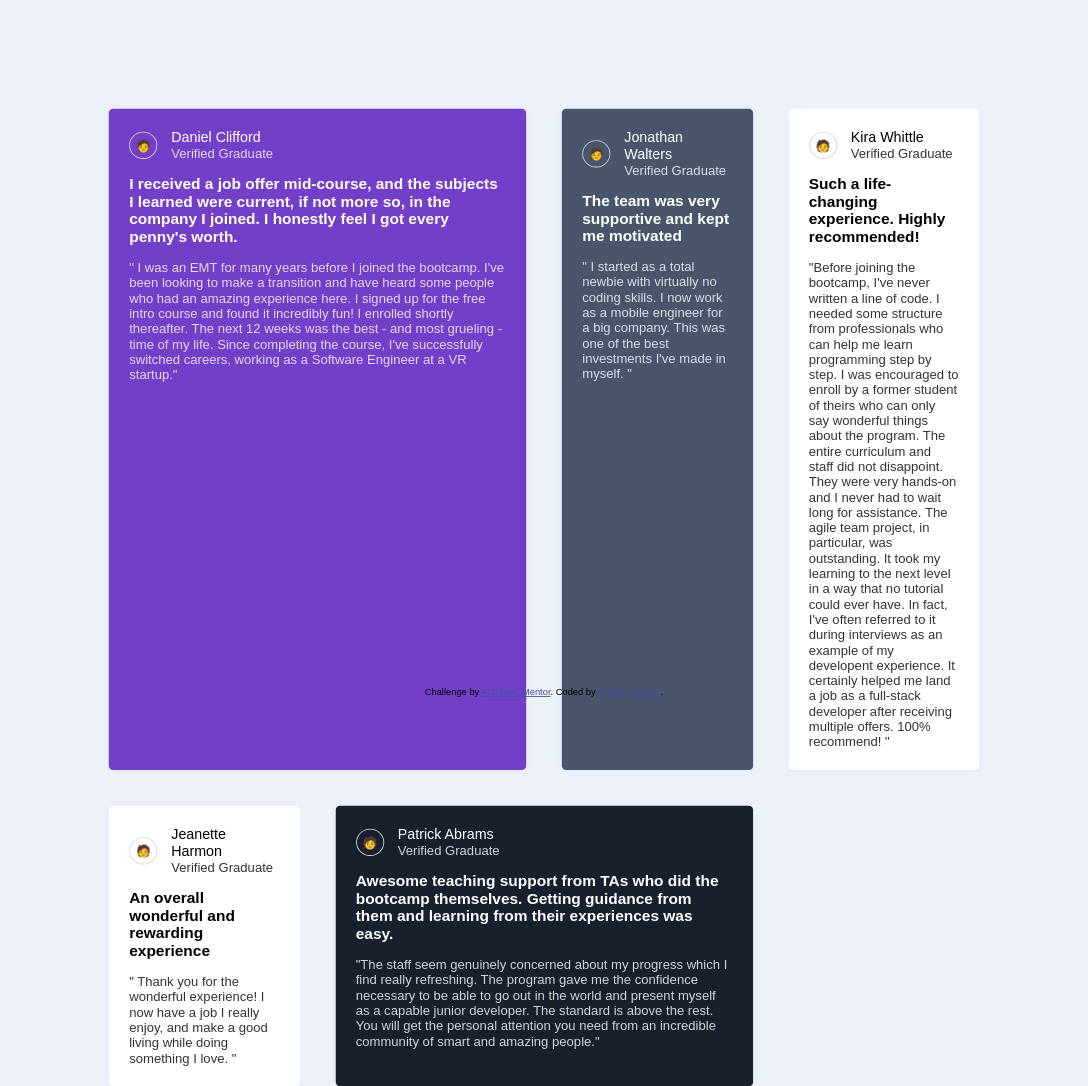
Repository: badhon252/Testimonials-Grid-Section
Page: index.html
An editor plug-in stored every save of this project. The page is shown before and after the next save, followed by the edit.
The browser window is 1280 px wide. The pictures show the whole page, at 85% of full size.

Above is the page before, as saved 2023-02-18 20:45:41.

After the next save:
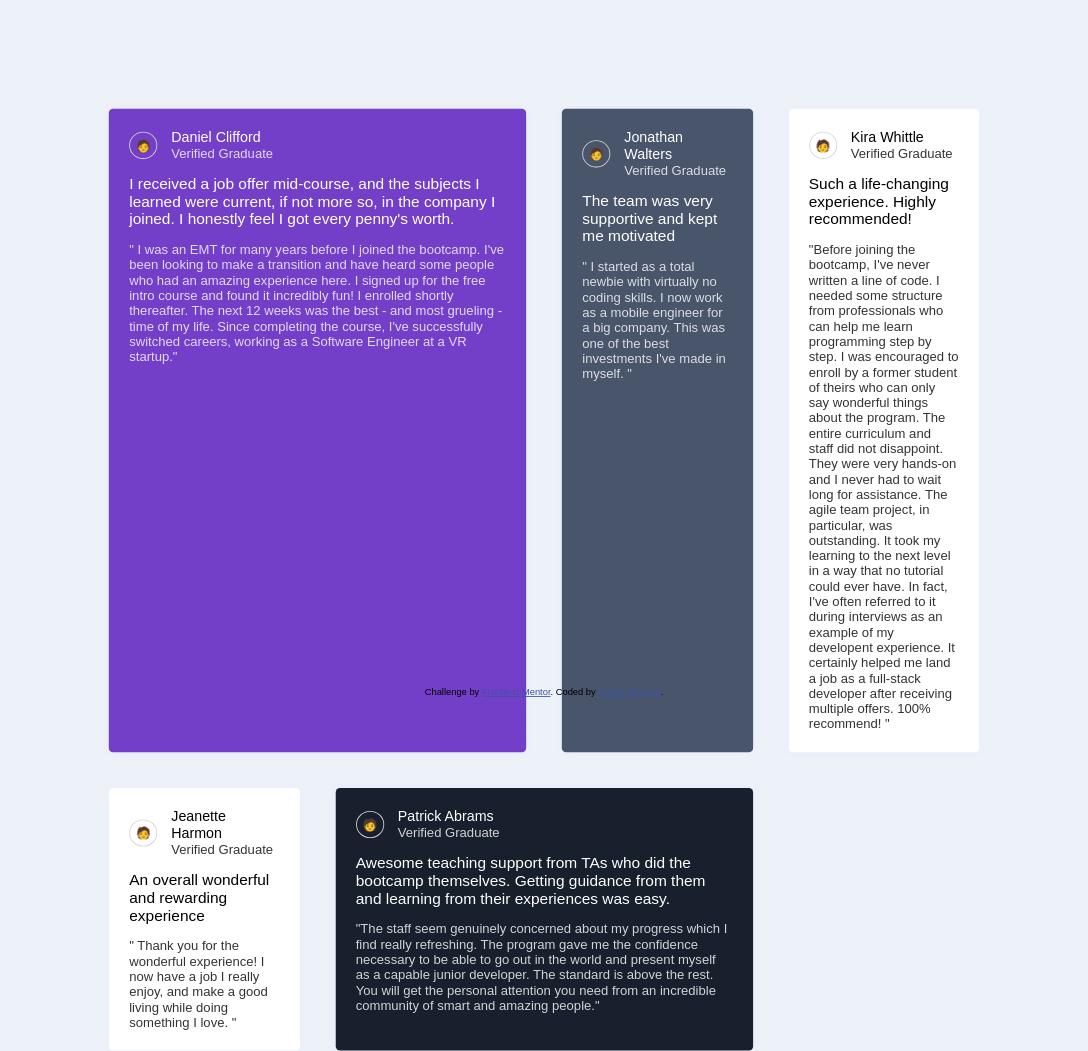
Saved 32 s later.
--- a/css/style.css
+++ b/css/style.css
@@ -18,7 +18,7 @@
 
 h3 {
     font-size: 1.3em;
-    font-weight: 600;
+    font-weight: 500;
     margin-bottom: 1rem;
 }
 

After the save that followed:
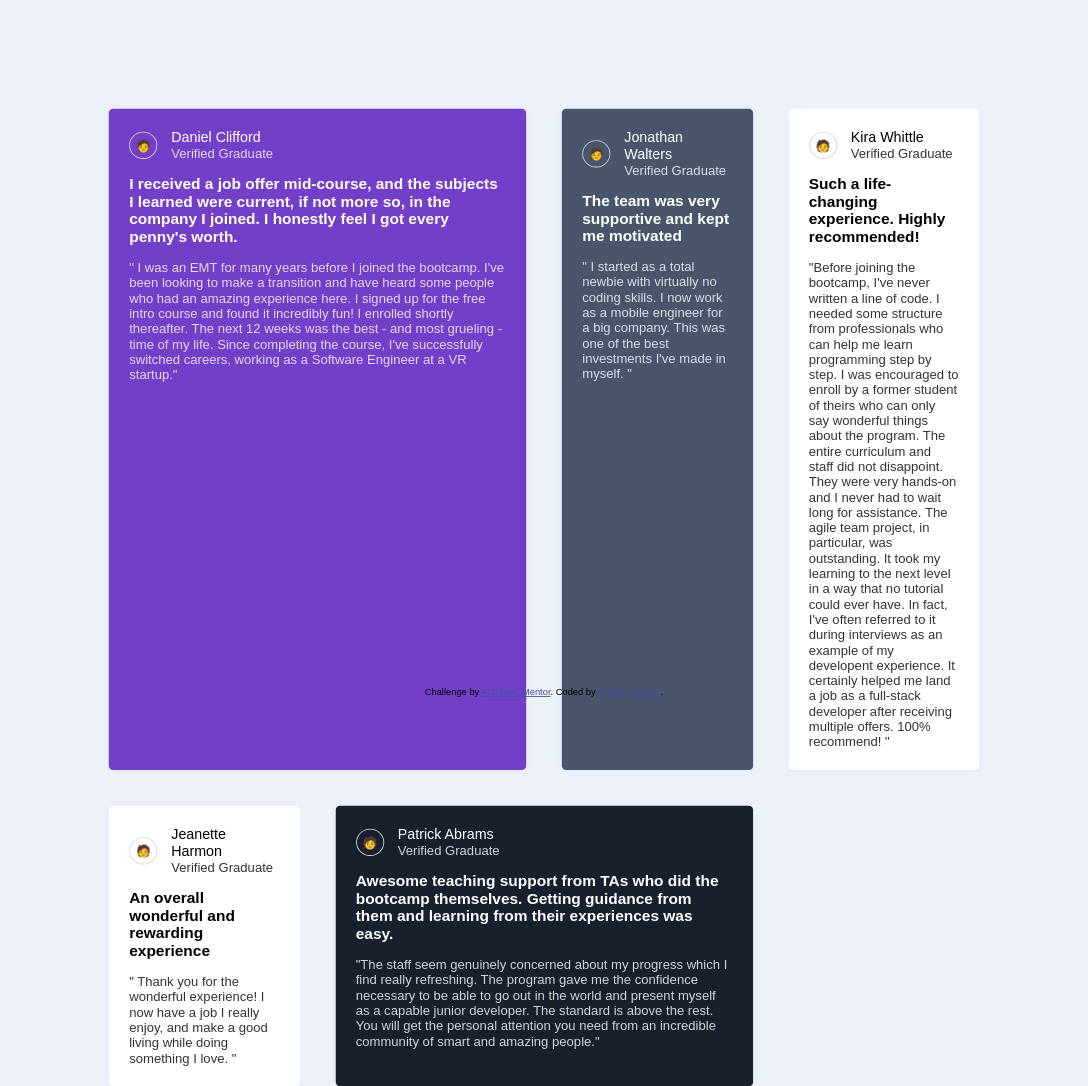
Saved 11 s later.
--- a/css/style.css
+++ b/css/style.css
@@ -18,7 +18,7 @@
 
 h3 {
     font-size: 1.3em;
-    font-weight: 500;
+    font-weight: 700;
     margin-bottom: 1rem;
 }
 
